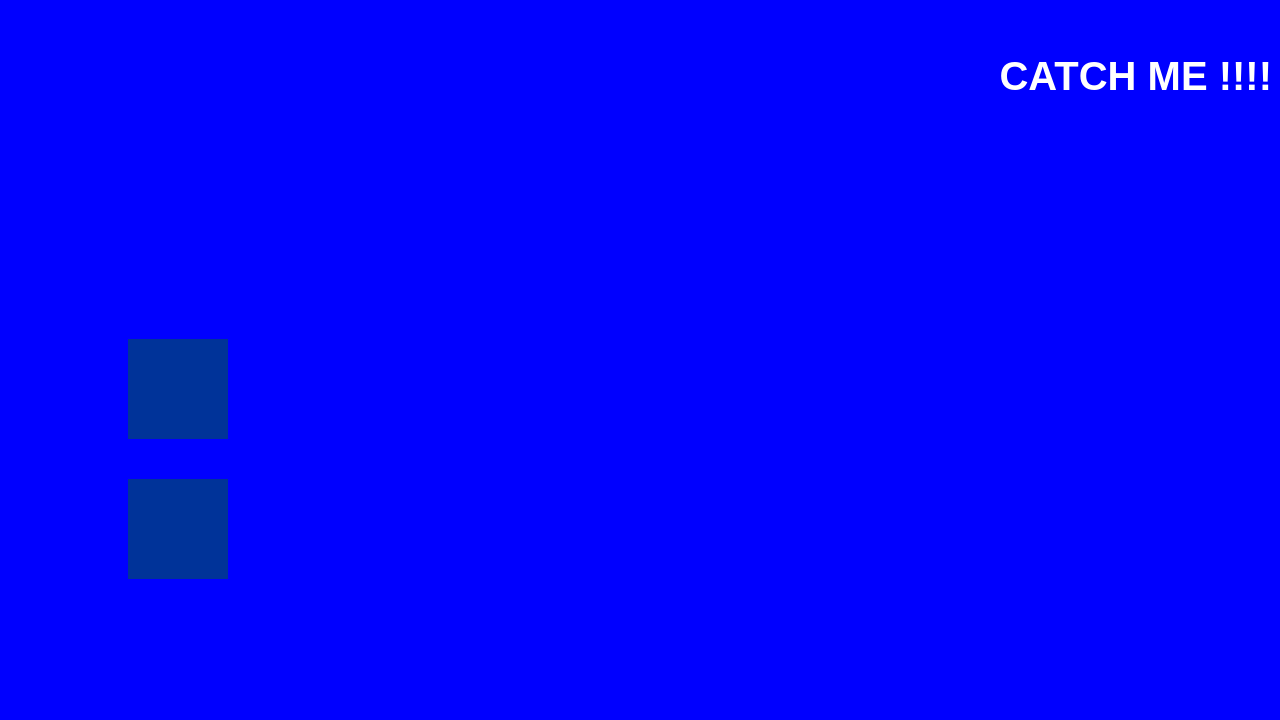
Repository: mong3270/mong3270.github.io
Page: Jenny.html
The author's editor kept a record of every edit. The page is drawn from the files as they stood at one moment, then again after the next edit.
The browser window is 1280 px wide. The pictures show the whole page.

Above is the page before.

After the next edit:
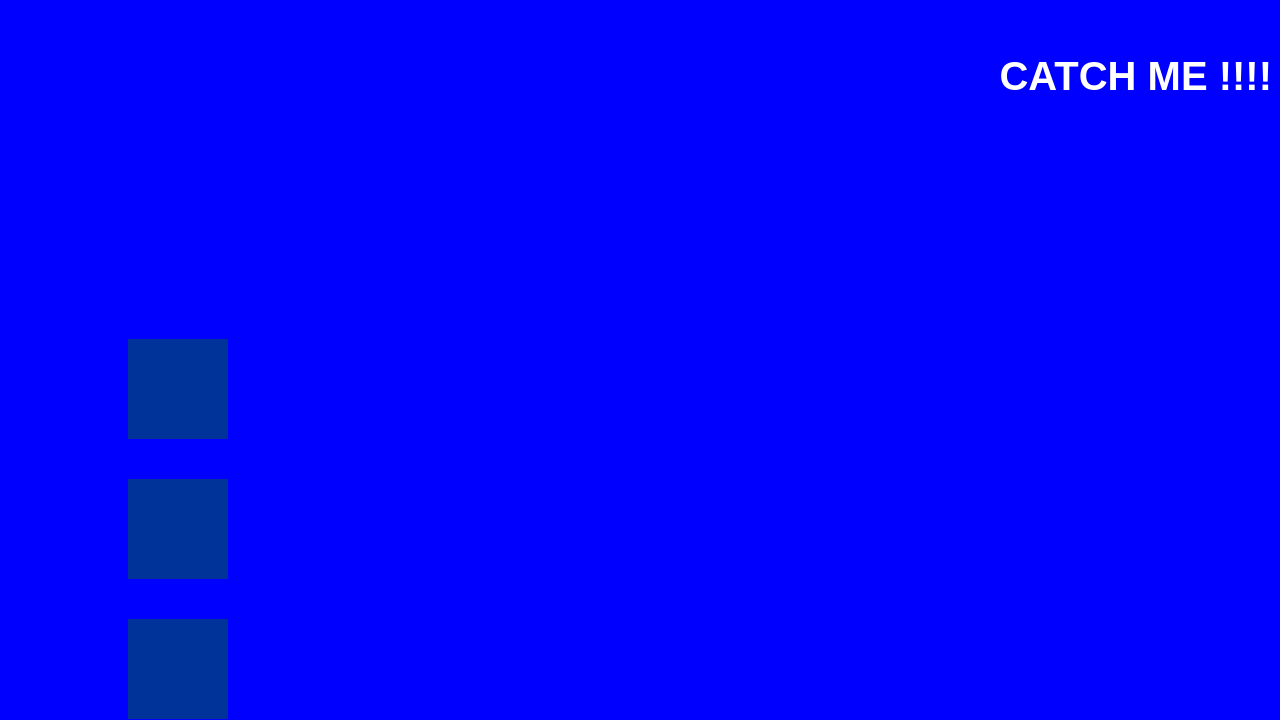
The edit:
--- a/Jenny.html
+++ b/Jenny.html
@@ -97,3 +97,43 @@
 
 </body>
 </html>
+<!DOCTYPE html>
+<html>
+<head>
+<style>
+div {
+    width: 100px;
+    height: 100px;
+    background: red;
+    position: relative;
+    -webkit-animation: myfirst 5s linear 2s infinite alternate; /* Chrome, Safari, Opera */
+    animation: myfirst 5s linear 2s infinite alternate;
+}
+
+/* Chrome, Safari, Opera */
+@-webkit-keyframes myfirst {
+    0%   {background:red; left:0px; top:0px;}
+    25%  {background:yellow; left:200px; top:0px;}
+    50%  {background:blue; left:200px; top:200px;}
+    75%  {background:green; left:0px; top:200px;}
+    100% {background:red; left:0px; top:0px;}
+}
+
+/* Standard syntax */
+@keyframes myfirst {
+    0%   {background:red; left:0px; top:0px;}
+    25%  {background:yellow; left:200px; top:0px;}
+    50%  {background:blue; left:200px; top:200px;}
+    75%  {background:green; left:0px; top:200px;}
+    100% {background:red; left:0px; top:0px;}
+}
+</style>
+</head>
+<body>
+
+<p><b></b> </p>
+
+<div></div>
+
+</body>
+</html>
